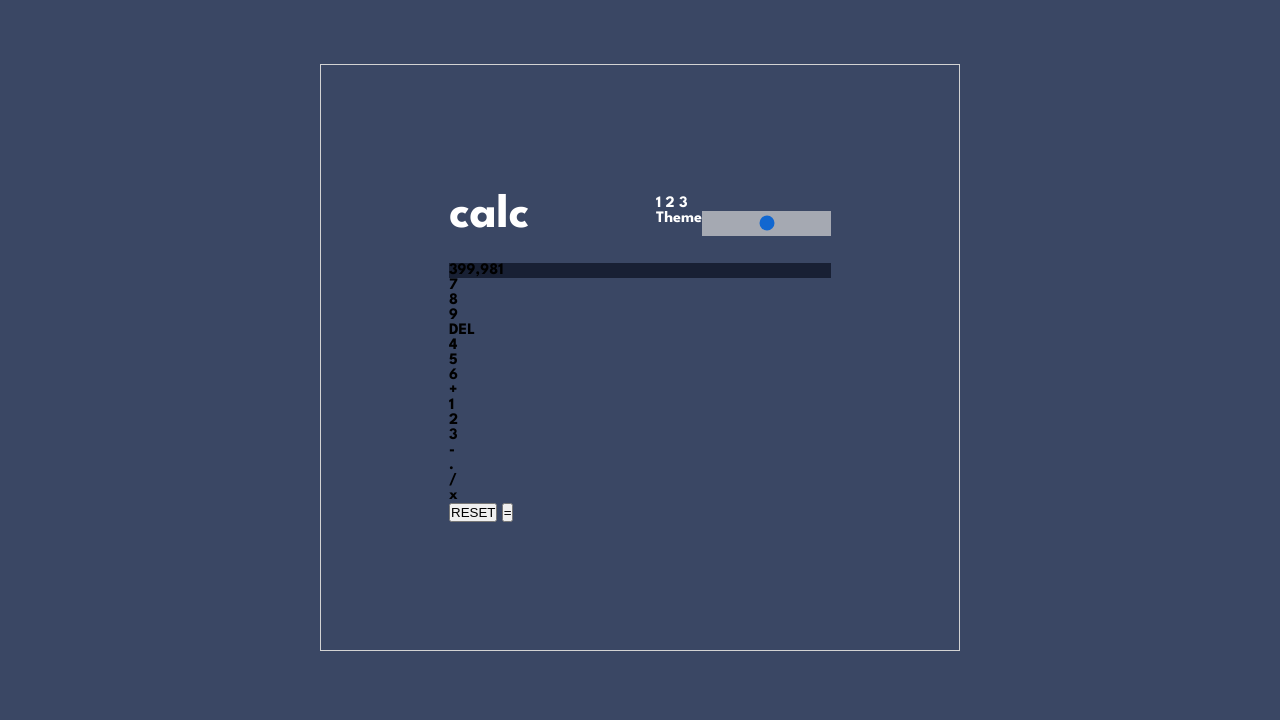
Repository: DevLaukey/calc-with-css-js
Page: index.html
An editor plug-in stored every save of this project. The page is shown before and after the next save, followed by the edit.
The browser window is 1280 px wide. The pictures show the whole page.

Above is the page before, as saved 2022-05-18 12:42:51.

After the next save:
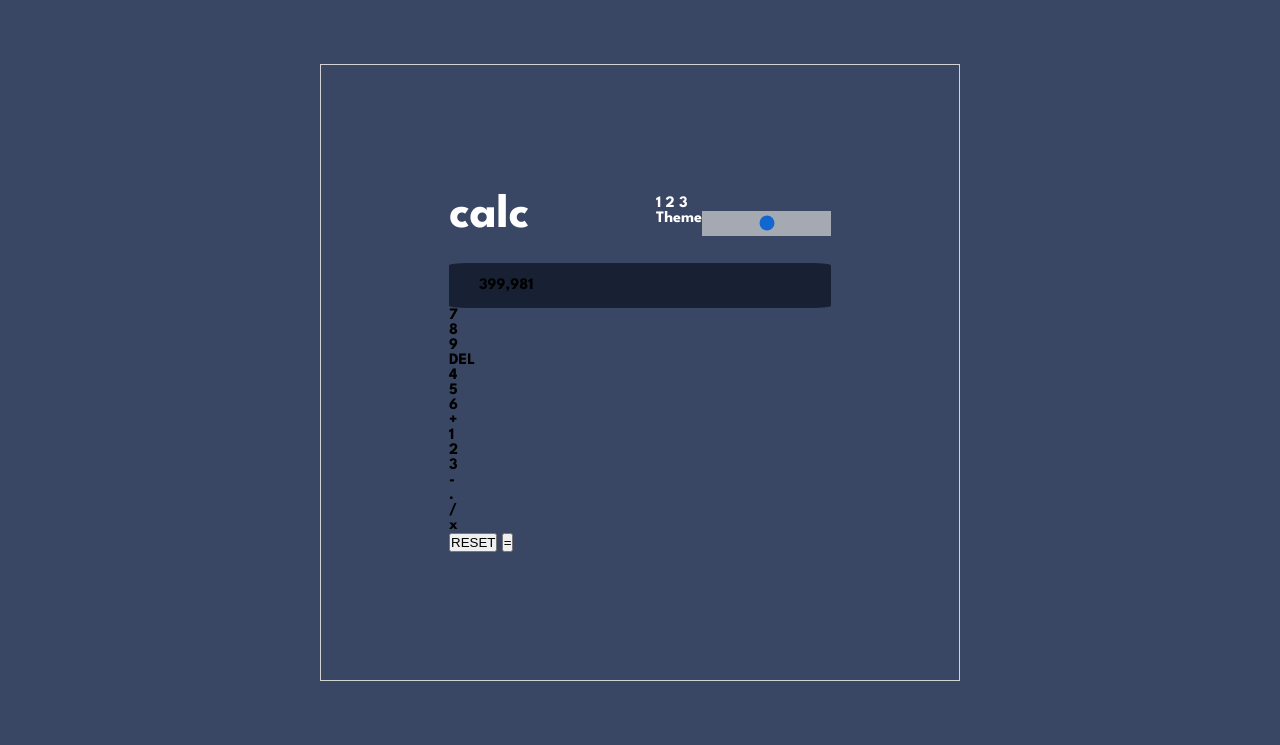
Saved 43 s later.
--- a/styles.css
+++ b/styles.css
@@ -76,4 +76,6 @@ color: white;
 
 .calculator__display{
     background-color: hsl(224, 36%, 15%);
+    border-radius: 5%;
+    padding: 15px 30px 15px 30px;
 }
